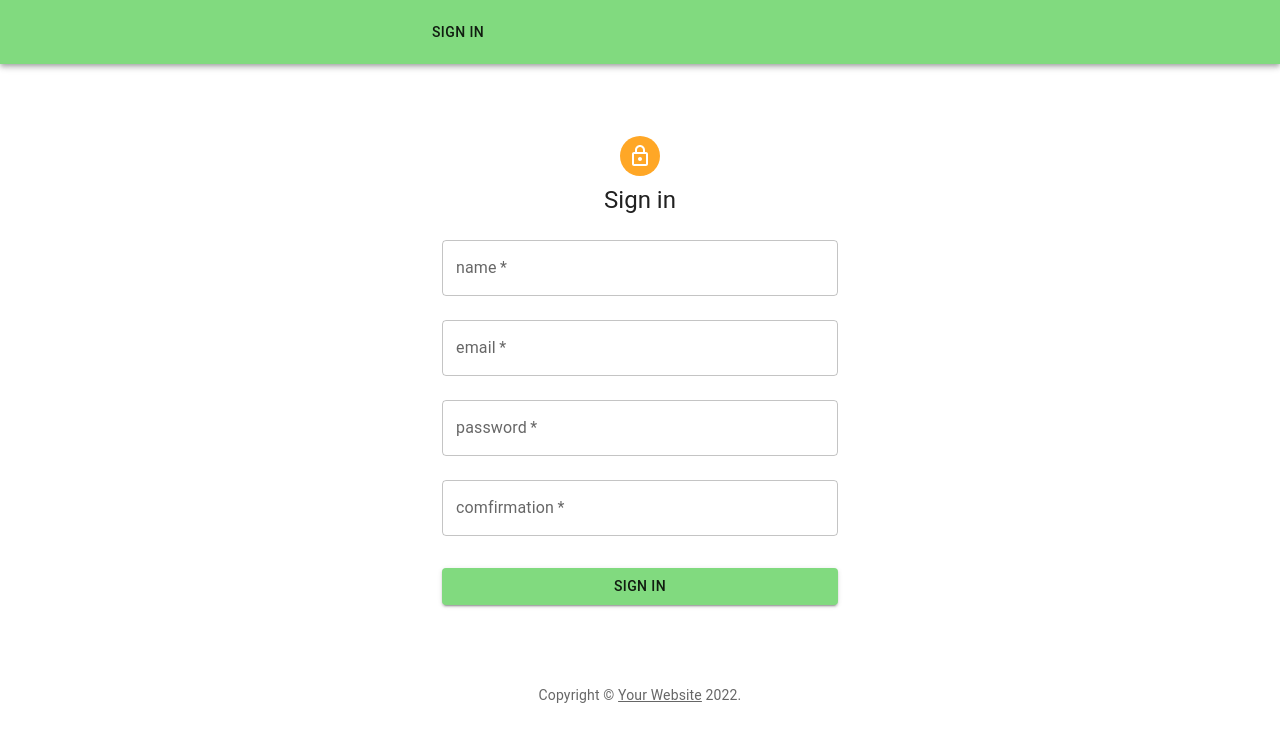
Repository: motohiro0410/motsufood
Page: /signIn (app in frontend/)
An editor plug-in stored every save of this project. The page is shown before and after the next save, followed by the edit.
The browser window is 1280 px wide. The pictures show the whole page.
The project was rebuilt for these pictures with package versions that can differ from the ones it lists, and the page was loaded fresh each time. Also part of the build but not shown: frontend/src/App.css, frontend/src/components/pages/Login.tsx, frontend/src/components/organisms/Footer.tsx, frontend/src/components/organisms/MainHeader.tsx, frontend/src/components/organisms/UserDetailModal.tsx, frontend/src/components/pages/Home.tsx, frontend/src/components/pages/Money.tsx, frontend/src/components/organisms/GroupHeader.tsx and 3 more.

Above is the page before, as saved 2022-08-10 23:05:17.

After the next save:
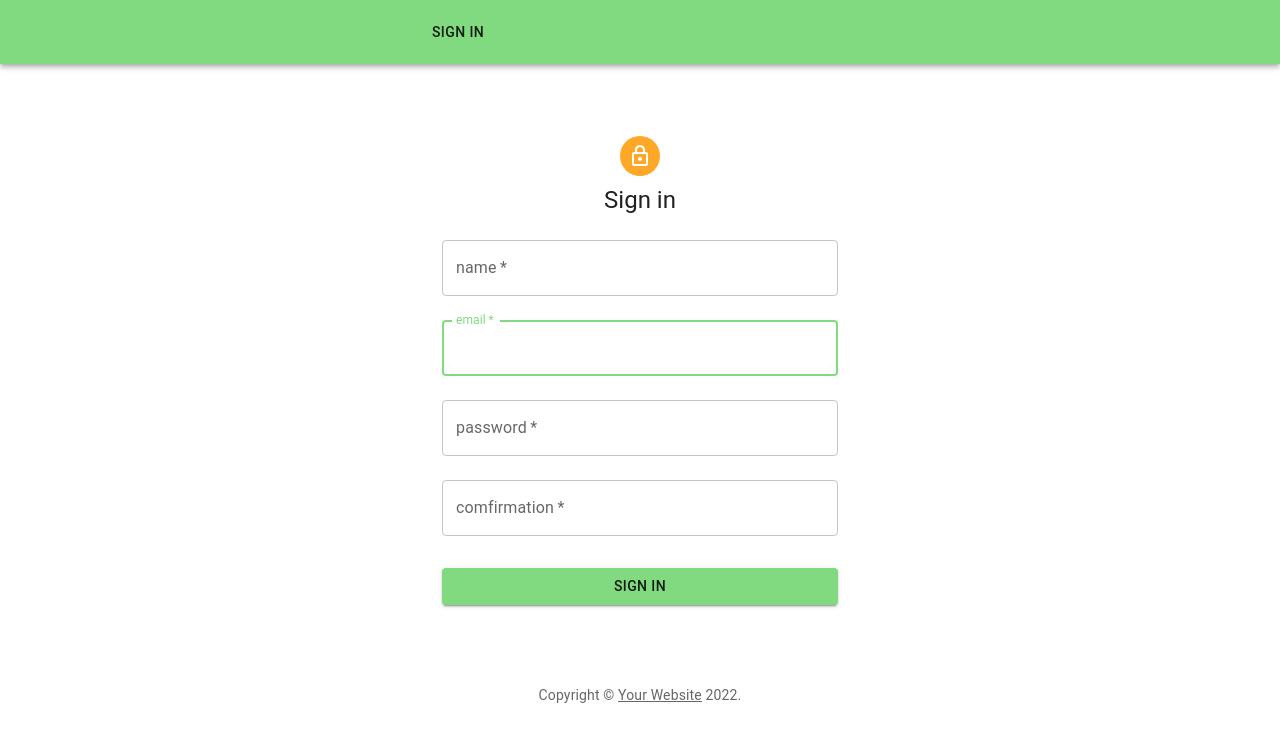
Saved 13 s later.
--- a/frontend/src/components/pages/SignIn.tsx
+++ b/frontend/src/components/pages/SignIn.tsx
@@ -78,6 +78,7 @@ export const SignIn = () => {
                 type="email"
                 id="email"
                 autoComplete="email"
+                autoFocus
               />
                 <TextField
                 margin="normal"
